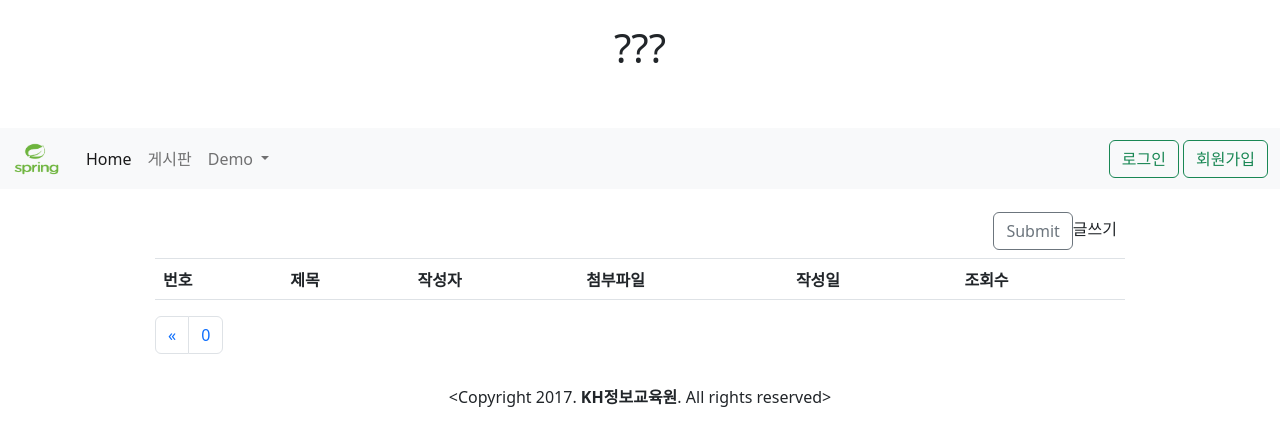
Repository: pcj0310/06_springWork
Page: http://localhost/springProject/WEB-INF/views/board/boardList.jsp
An editor plug-in stored every save of this project. The page is shown before and after the next save, followed by the edit.
The browser window is 1280 px wide. The pictures show the whole page.
The page is served by Tomcat 9. Nobody is signed in. Other server files are loaded and not shown. The template is opened directly, without the code that normally fills it, so the values that code supplies are empty.

Above is the page before, as saved 2023-06-19 02:07:32.

### springProject/src/main/webapp/WEB-INF/views/board/boardList.jsp
<%@ page language="java" contentType="text/html; charset=UTF-8"
    pageEncoding="UTF-8"%>
<%@ taglib prefix="c" uri="http://java.sun.com/jsp/jstl/core" %>
<%@ taglib prefix="fmt" uri="http://java.sun.com/jsp/jstl/fmt" %>
<%@ taglib prefix="fn" uri="http://java.sun.com/jsp/jstl/functions" %>
<style>
	#container {
		width: 1000px;
		margin: auto;
		padding:15px;
	}
</style>
<jsp:include page="/WEB-INF/views/common/header.jsp">
	<jsp:param value="게시판" name="title"/>
</jsp:include>

<div id="container">
	<table class="table">
		<tr>
			<td colspan="6" align="right">
				<input type="submit" class="btn btn-outline-secondary" id="enrollBtn">글쓰기</button>
			</td>
		</tr>
		<tr>
			<th scope="col">번호</th>
			<th scope="col">제목</th>
			<th scope="col">작성자</th>
			<th scope="col">첨부파일</th>
			<th scope="col">작성일</th>
			<th scope="col">조회수</th>
		</tr>
		<c:forEach items="${boardList}" var="board">
			<tr>
				<td>${board.boardNo}</td>
				<td><a>${board.boardTitle}</a></td>
				<td>${board.boardWriter}</td>
				<td>
					<c:if test="${not empty board.originalFilename}">
						<img src="${pageContext.request.contextPath}/resources/img/file.png" alt="파일">
					</c:if>
				</td>
				<td>${board.originalFilename}</td>
				<td>${board.createDate}</td>
				<td>${board.count}</td>
			</tr>
		</c:forEach>
	</table>
<nav aria-label="Page navigation example" >
	  <ul class="pagination">
	  <c:if test="${pi.nowPage ne 1}">
	    <li class="page-item">
	      <a class="page-link" href="${pageContext.request.contextPath}/board/boardList.bo?nowPage=${pi.nowPage-1}" aria-label="Previous">
	        <span aria-hidden="ture">&laquo;</span>
	      </a>
	    </li>
	  </c:if>
	  <c:forEach var="p" begin="${pi.startPage}" end="${pi.endPage}">
	    <c:choose>
	    	<c:when test="${p eq pi.nowPage}">
	    		<li class="page-item active"><a class="page-link" href="${pageContext.request.contextPath}/board/boardList.bo?nowPage=${p}">${p}</a></li>
	  		</c:when>
	  		<c:otherwise>
	  			<li class="page-item"><a class="page-link" href="${pageContext.request.contextPath}/board/boardList.bo?nowPage=${p}">${p}</a></li>
	  		</c:otherwise>
	  	</c:choose>
	  </c:forEach>
	  <c:if test="${pi.nowPage ne pi.totalPage}">
	    <li class="page-item">
	      <a class="page-link" href="${pageContext.request.contextPath}/board/boardList.bo?nowPage=${pi.nowPage+1}" aria-label="Next">
	        <span aria-hidden="true">&raquo;</span>
	      </a>
	    </li>
	  </c:if>
	  </ul>
</nav>
</div>
<script>
	document.querySelector("#enrollBtn").addEventListener('click', (e) => {
		location.href='${pageContext.request.contextPath}/board/boardForm.bo';
	})
</script>
<jsp:include page="/WEB-INF/views/common/footer.jsp" />

### springProject/src/main/webapp/WEB-INF/views/common/header.jsp
<%@ page language="java" contentType="text/html; charset=UTF-8"
    pageEncoding="UTF-8"%>
<%@ taglib prefix="c" uri="http://java.sun.com/jsp/jstl/core" %>
<%@ taglib prefix="fmt" uri="http://java.sun.com/jsp/jstl/fmt" %>
<%@ taglib prefix="fn" uri="http://java.sun.com/jsp/jstl/functions" %>
<!DOCTYPE html>
<html>
<head>
<meta charset="UTF-8">

<title>${param.title}</title>

<script src="https://ajax.googleapis.com/ajax/libs/jquery/3.6.3/jquery.min.js"></script>
<link href="https://cdn.jsdelivr.net/npm/bootstrap@5.2.3/dist/css/bootstrap.min.css" rel="stylesheet" integrity="sha384-rbsA2VBKQhggwzxH7pPCaAqO46MgnOM80zW1RWuH61DGLwZJEdK2Kadq2F9CUG65" crossorigin="anonymous">
<link rel="stylesheet" href="${pageContext.request.contextPath}/resources/css/style.css">
<!-- DB에 저장이 잘 되었다면 alert창 띄우기 -->
<c:if test="${not empty msg}">
<script type="text/javascript">
alert('${msg}');
</script>
</c:if>

</head>
<body>
<script src="https://cdn.jsdelivr.net/npm/bootstrap@5.2.3/dist/js/bootstrap.bundle.min.js" integrity="sha384-kenU1KFdBIe4zVF0s0G1M5b4hcpxyD9F7jL+jjXkk+Q2h455rYXK/7HAuoJl+0I4" crossorigin="anonymous"></script>

<header>
<br>
<h1 align="center">${param.title}</h1>
<br><br>
<nav class="navbar navbar-expand-lg bg-light">
 <div class="container-fluid">
   <a class="navbar-brand" href="#">
    <img src="${pageContext.request.contextPath}/resources/img/spring.png" alt="spring" width="50" height="35">
   </a>
   <button class="navbar-toggler" type="button" data-bs-toggle="collapse" data-bs-target="#navbarSupportedContent" aria-controls="navbarSupportedContent" aria-expanded="false" aria-label="Toggle navigation">
     <span class="navbar-toggler-icon"></span>
   </button>
   <div class="collapse navbar-collapse" id="navbarSupportedContent">
     <ul class="navbar-nav me-auto mb-2 mb-lg-0">
       <li class="nav-item">
         <a class="nav-link active" aria-current="page" href="${pageContext.request.contextPath}">Home</a>
       </li>
       <li class="nav-item">
         <a class="nav-link" href="${pageContext.request.contextPath}/board/boardList.bo">게시판</a>
       </li>
       <li class="nav-item dropdown">
         <a class="nav-link dropdown-toggle" href="#" role="button" data-bs-toggle="dropdown" aria-expanded="false">
           Demo
         </a>
         <ul class="dropdown-menu">
           <li><a class="dropdown-item" href="${pageContext.request.contextPath}/demo/devForm.do">Demo등록</a></li>
           <li><a class="dropdown-item" href="${pageContext.request.contextPath}/demo/devList.do">Demo목록</a></li>
         </ul>
       </li>
     </ul>


      <c:if test="${empty loginMember}">
         <button class="btn btn-outline-success" type="button"
      data-bs-toggle="modal" data-bs-target="#loginModal">로그인</button>&nbsp;
      <button class="btn btn-outline-success" type="button"
      onclick="location.href='${pageContext.request.contextPath}/member/memberEnroll.me'">회원가입</button>
     </c:if>
     <c:if test="${not empty loginMember}">
<a href="${pageContext.request.contextPath}/member/memberDetail.me">${loginMember.userName}님이 로그인 되었습니다</a>&emsp;
<button class="btn btn-outline-success" type="button"
onclick="location.href='${pageContext.request.contextPath}/member/memberLogout.me'">로그아웃</button>
     </c:if>
   </div>
 </div>
</nav>

<!-- 로그인 모달창 -->
<div class="modal" tabindex="-1" id="loginModal">
 <div class="modal-dialog">
   <div class="modal-content">
     <div class="modal-header">
       <h5 class="modal-title">로그인</h5>
       <button type="button" class="btn-close" data-bs-dismiss="modal" aria-label="Close"></button>
     </div>

     <form action="${pageContext.request.contextPath}/member/memberLogin.me" method="post">
     <div class="modal-body">
       <div class="mb-3 row">
<label for="name" class="col-sm-2 col-form-label">ID</label>
<div class="col-sm-10">
<input type="text" class="form-control" name="userId" required>
</div>
</div>
<div class="mb-3 row">
<label for="career" class="col-sm-2 col-form-label">PW</label>
<div class="col-sm-10">
<input type="password" class="form-control" name="userPwd" required>
</div>
</div>
   </div>


     <div class="modal-footer">
       <button type="submit" class="btn btn-secondary" data-bs-dismiss="modal">로그인</button>
       <button type="button" class="btn btn-primary">취소</button>
     </div>
    </form>
   </div>
 </div>
</div>
</header>
<section>

</body>
</html>

### springProject/src/main/webapp/WEB-INF/views/common/footer.jsp
<%@ page language="java" contentType="text/html; charset=UTF-8"
    pageEncoding="UTF-8"%>

	</section>
	<footer>
		<p>&lt;Copyright 2017. <strong>KH정보교육원</strong>. All rights reserved&gt;</p>
	</footer>

	</body>
</html>

### springProject/src/main/webapp/resources/css/style.css
@charset "UTF-8";

h1 {text-align:center;}
section {text-align:center;}
footer {text-align:center;}

After the next save:
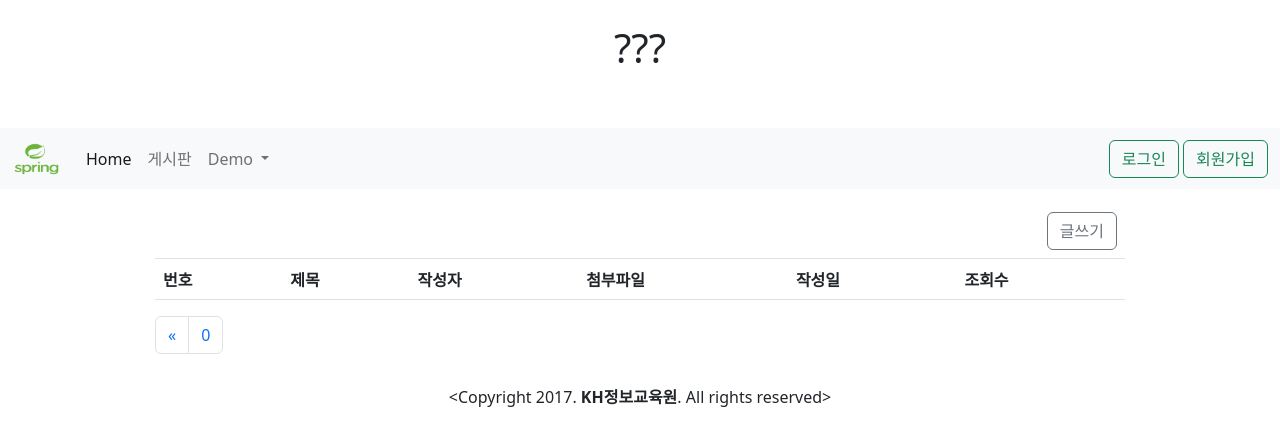
Saved 47 s later.
--- a/springProject/src/main/webapp/WEB-INF/views/board/boardList.jsp
+++ b/springProject/src/main/webapp/WEB-INF/views/board/boardList.jsp
@@ -18,7 +18,7 @@
 	<table class="table">
 		<tr>
 			<td colspan="6" align="right">
-				<input type="submit" class="btn btn-outline-secondary" id="enrollBtn">글쓰기</button>
+				<button type="button" class="btn btn-outline-secondary" id="enrollBtn">글쓰기</button>
 			</td>
 		</tr>
 		<tr>
